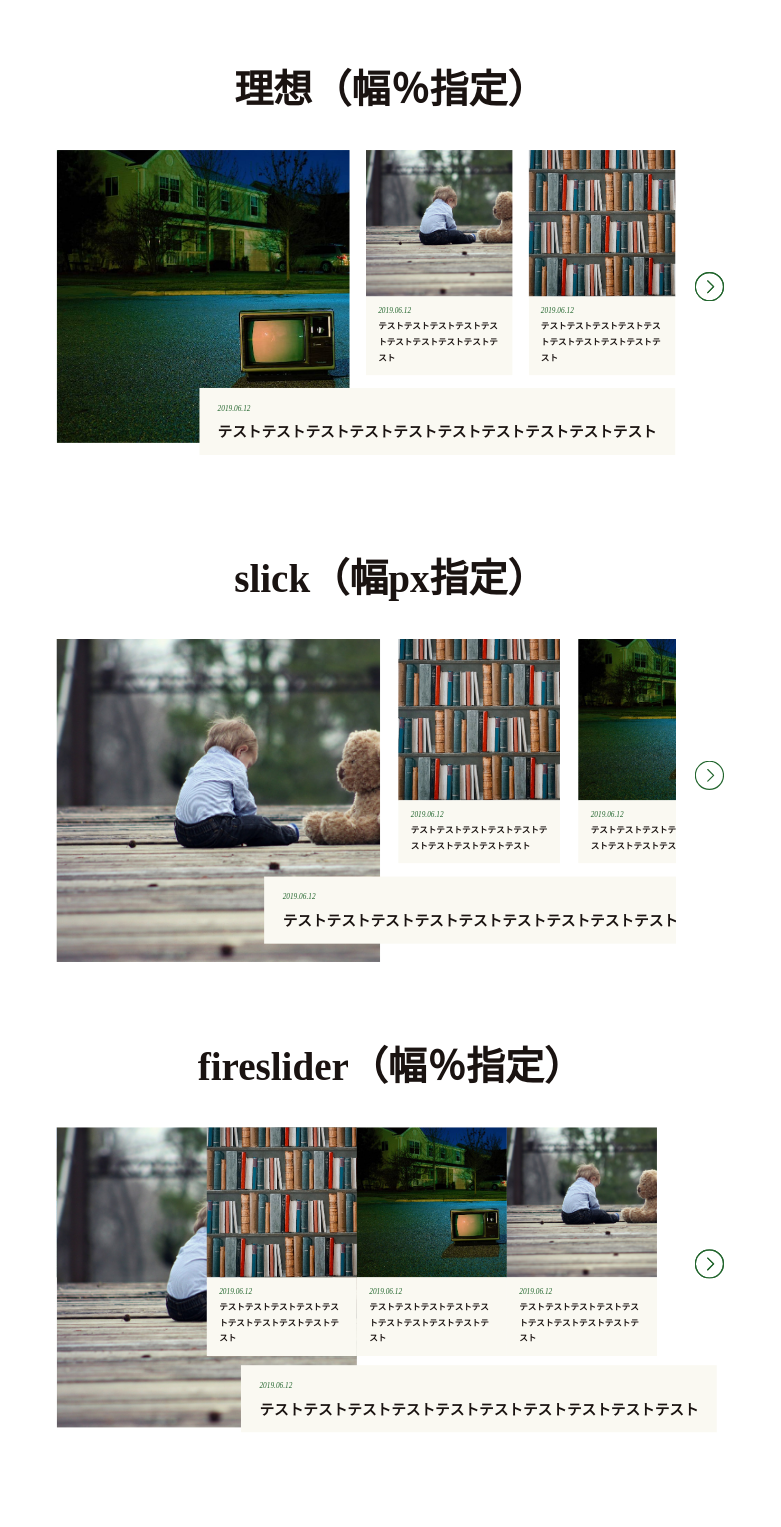
Repository: bbbbruno/slidertest
Page: index.html
These files come from the project's save history. The page is drawn as it stood at one moment and after the next save; the edit follows.
The browser window is 1280 px wide. The pictures show the whole page, at 61% of full size.

Above is the page before, as saved 2019-07-26 13:09:39.

After the next save:
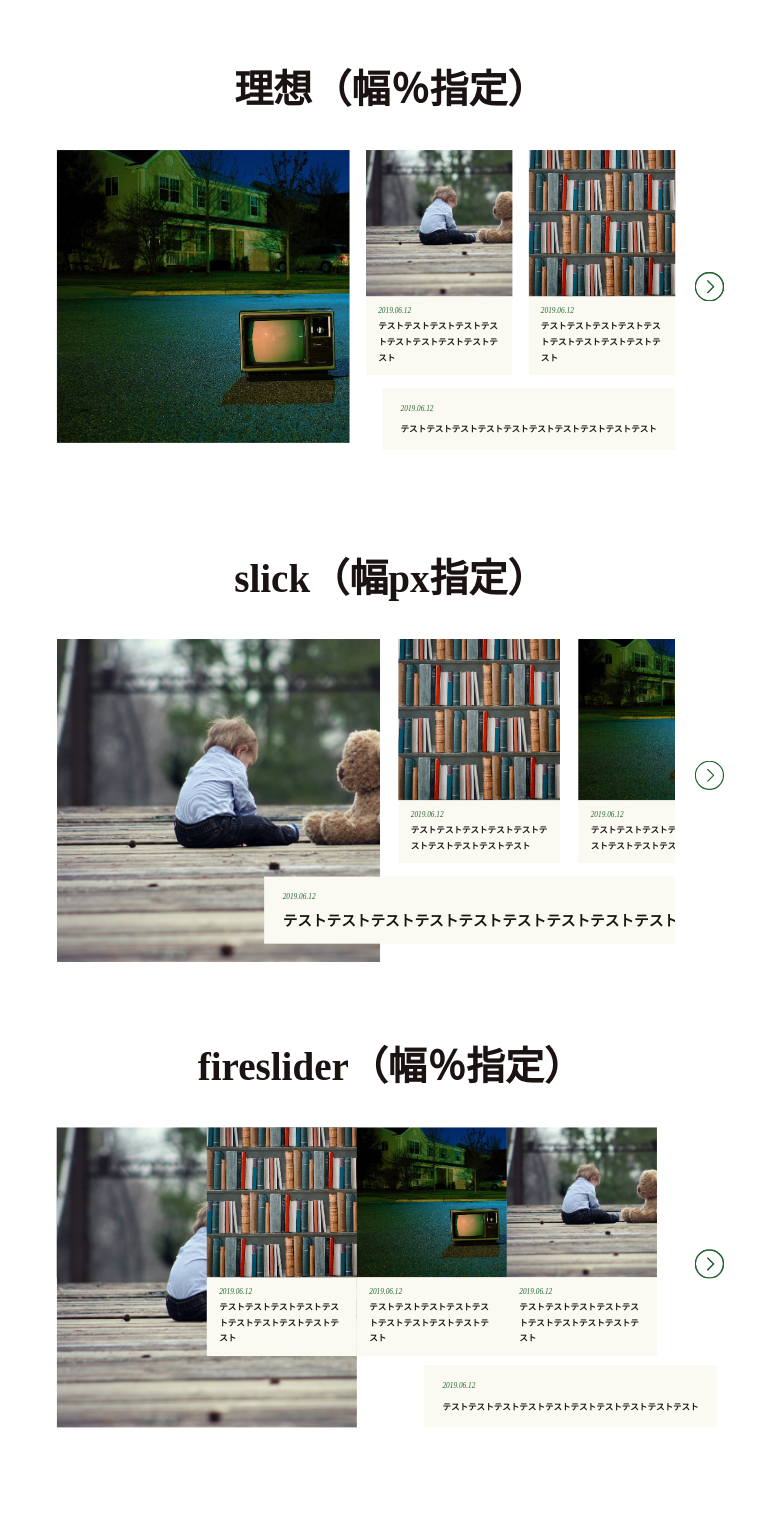
Saved 43 s later.
--- a/css/style.css
+++ b/css/style.css
@@ -151,11 +151,6 @@
 }
 
 
-.slide-item.fire-slider-active .slide-txtbox .slide-tit,
-.slide-item.active .slide-txtbox .slide-tit {
-  font-size: 24px;
-  line-height: 1.41667;
-}
 
 .slide-item.fire-slider-active .slide-txtbox .slide-time,
 .slide-item.active .slide-txtbox .slide-time {

After the save that followed:
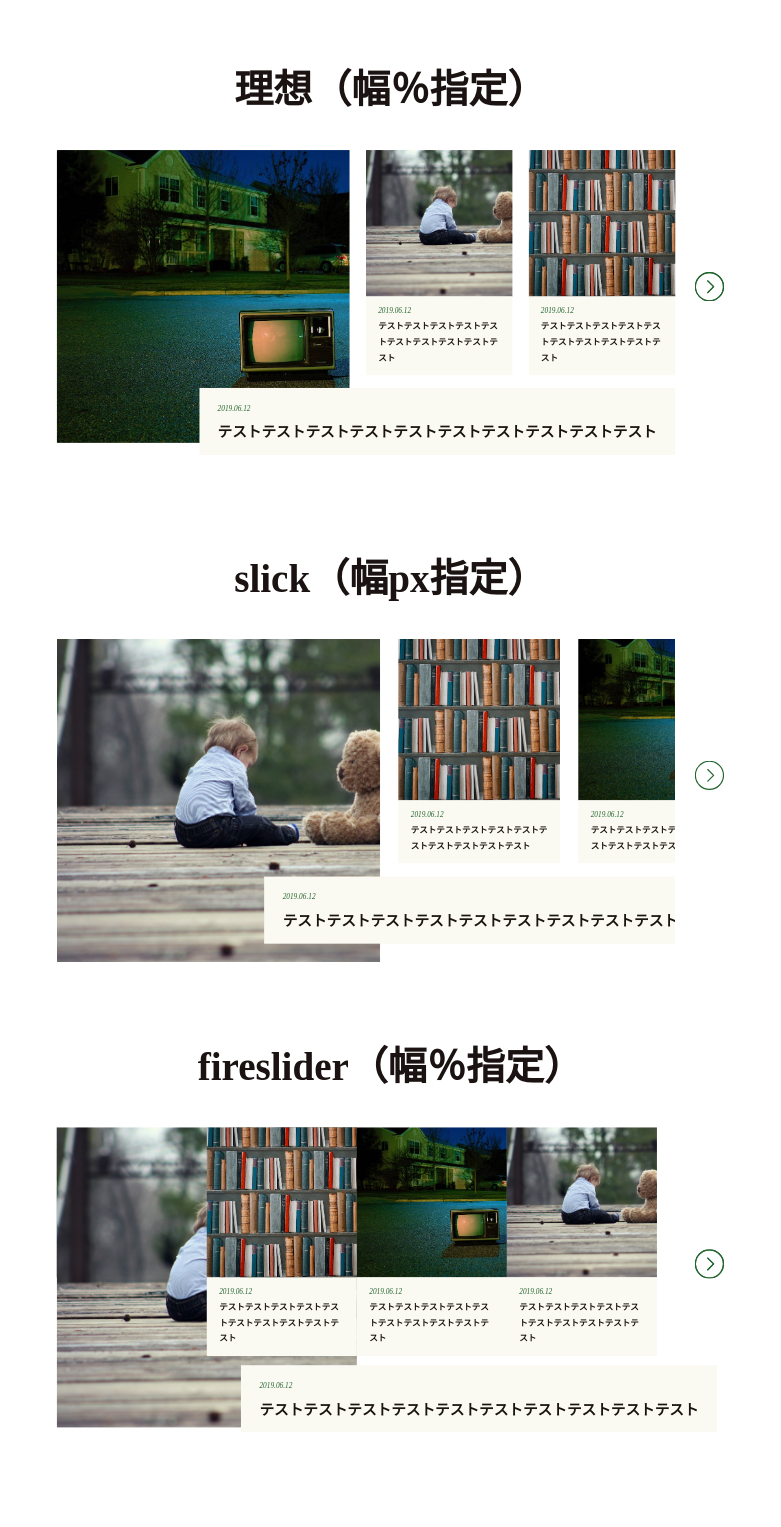
Saved 82 s later.
--- a/css/style.css
+++ b/css/style.css
@@ -92,6 +92,24 @@
   line-height: 1.85714;
 }
 
+.slide .arrow-r {
+  -webkit-appearance: none;
+  -moz-appearance: none;
+  appearance: none;
+  position: absolute;
+  top: 200px;
+  right: 0;
+  width: 48px;
+  height: 48px;
+  padding: 0;
+  border: none;
+  outline: none;
+  background: url("../img/arrow-r.svg") center no-repeat;
+  background-color: transparent;
+  font-size: 0;
+  cursor: pointer;
+}
+
 /* slick */
 #slide-list-slick {
   padding-right: 80px;
@@ -150,30 +168,16 @@
   padding: 20px 30px;
 }
 
-
+/* テキスト関連他（あまり気にしなくてよし） */
+.slide-item.fire-slider-active .slide-txtbox .slide-tit,
+.slide-item.active .slide-txtbox .slide-tit {
+  font-size: 24px;
+  line-height: 1.41667;
+}
 
 .slide-item.fire-slider-active .slide-txtbox .slide-time,
 .slide-item.active .slide-txtbox .slide-time {
   margin-bottom: 10px;
-}
-
-/* テキスト関連（あまり気にしなくてよし） */
-.slide .arrow-r {
-  -webkit-appearance: none;
-  -moz-appearance: none;
-  appearance: none;
-  position: absolute;
-  top: 200px;
-  right: 0;
-  width: 48px;
-  height: 48px;
-  padding: 0;
-  border: none;
-  outline: none;
-  background: url("../img/arrow-r.svg") center no-repeat;
-  background-color: transparent;
-  font-size: 0;
-  cursor: pointer;
 }
 
 #slide-list-slick .slide-item.slick-active .slide-txtbox .slide-tit {
